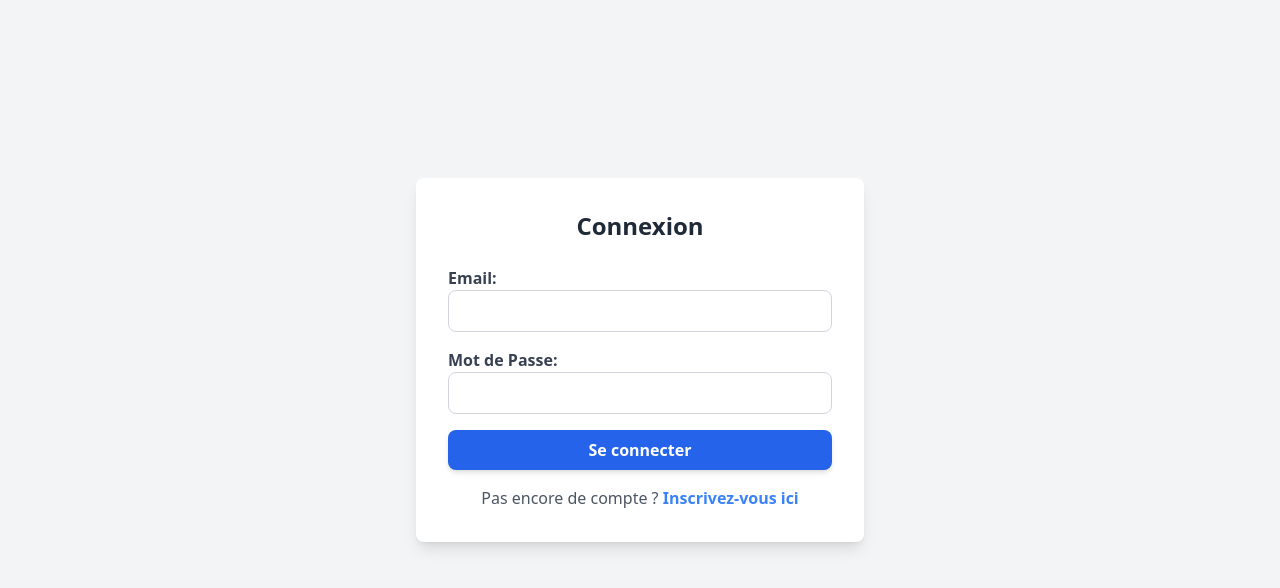
Repository: hajar-tech/hospital-login
Page: http://localhost/Hospital/login.jsp
These files come from the project's save history. The page is drawn as it stood at one moment and after the next save; the edit follows.
The browser window is 1280 px wide. The pictures show the whole page.
Some web libraries are served in a nearby version. The page is served by Tomcat 9.

Above is the page before, as saved 2025-02-28 17:41:27.

After the next save:
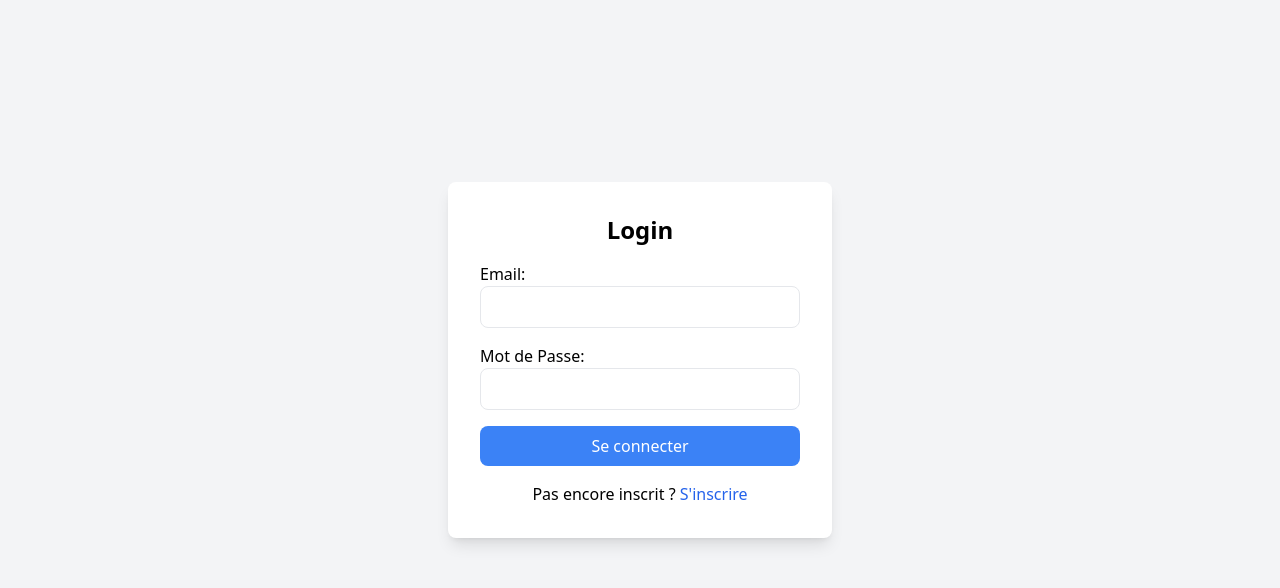
Saved 2 min 23 s later.
--- a/Hospital/src/main/webapp/login.jsp
+++ b/Hospital/src/main/webapp/login.jsp
@@ -1,55 +1,38 @@
-<%@ page language="java" contentType="text/html; charset=UTF-8"
-    pageEncoding="UTF-8"%>
+<%@ page language="java" contentType="text/html; charset=UTF-8" pageEncoding="UTF-8"%>
 <!DOCTYPE html>
-<html lang="fr">
+<html lang="en">
 <head>
     <meta charset="UTF-8">
     <meta name="viewport" content="width=device-width, initial-scale=1.0">
-    <title>Connexion - MediCare</title>
+    <title>Login</title>
     <script src="https://cdn.tailwindcss.com"></script>
 </head>
 <body class="bg-gray-100 flex items-center justify-center h-screen">
 
-    <div class="bg-white p-8 rounded-lg shadow-lg w-full max-w-md">
-        <h2 class="text-2xl font-bold text-center text-gray-800 mb-6">Connexion</h2>
+    <div class="bg-white p-8 rounded-lg shadow-lg w-96">
+        <h2 class="text-2xl font-bold text-center mb-4">Login</h2>
 
-        <!-- Message d'erreur (si nécessaire) -->
-        <%
-            String errorMessage = request.getParameter("error");
-            if (errorMessage != null) {
-        %>
-            <div class="bg-red-100 text-red-600 p-3 rounded-lg mb-4 text-center">
-                <%= errorMessage %>
-            </div>
+        <% if (request.getParameter("error") != null) { %>
+            <p class="text-red-500 text-center">⚠️ Email ou mot de passe incorrect.</p>
         <% } %>
 
-        <form action="login" method="post" class="space-y-4">
-            <!-- Email -->
+        <form action="LoginServlet" method="post" class="space-y-4">
             <div>
-                <label class="block text-gray-700 font-semibold">Email:</label>
-                <input type="email" name="email" required
-                    class="w-full p-2 border border-gray-300 rounded-lg focus:outline-none focus:ring-2 focus:ring-blue-500">
+                <label class="block">Email:</label>
+                <input type="email" name="email" class="w-full p-2 border rounded-lg" required>
             </div>
 
-            <!-- Mot de Passe -->
             <div>
-                <label class="block text-gray-700 font-semibold">Mot de Passe:</label>
-                <input type="password" name="password" required
-                    class="w-full p-2 border border-gray-300 rounded-lg focus:outline-none focus:ring-2 focus:ring-blue-500">
+                <label class="block">Mot de Passe:</label>
+                <input type="password" name="password" class="w-full p-2 border rounded-lg" required>
             </div>
 
-            <!-- Bouton de Connexion -->
-            <div class="text-center">
-                <button type="submit"
-                    class="w-full bg-blue-600 hover:bg-blue-700 text-white font-semibold py-2 px-4 rounded-lg shadow-md transition duration-300">
-                    Se connecter
-                </button>
-            </div>
+            <button type="submit" class="w-full bg-blue-500 text-white p-2 rounded-lg hover:bg-blue-700">
+                Se connecter
+            </button>
 
-            <!-- Lien vers l'inscription -->
-            <p class="text-center text-gray-600 mt-4">
-                Pas encore de compte ?
-                <a href="registration.jsp" class="text-blue-500 hover:underline font-semibold">Inscrivez-vous ici</a>
+            <p class="text-center mt-4">
+                Pas encore inscrit ? <a href="register.jsp" class="text-blue-600">S'inscrire</a>
             </p>
         </form>
     </div>
